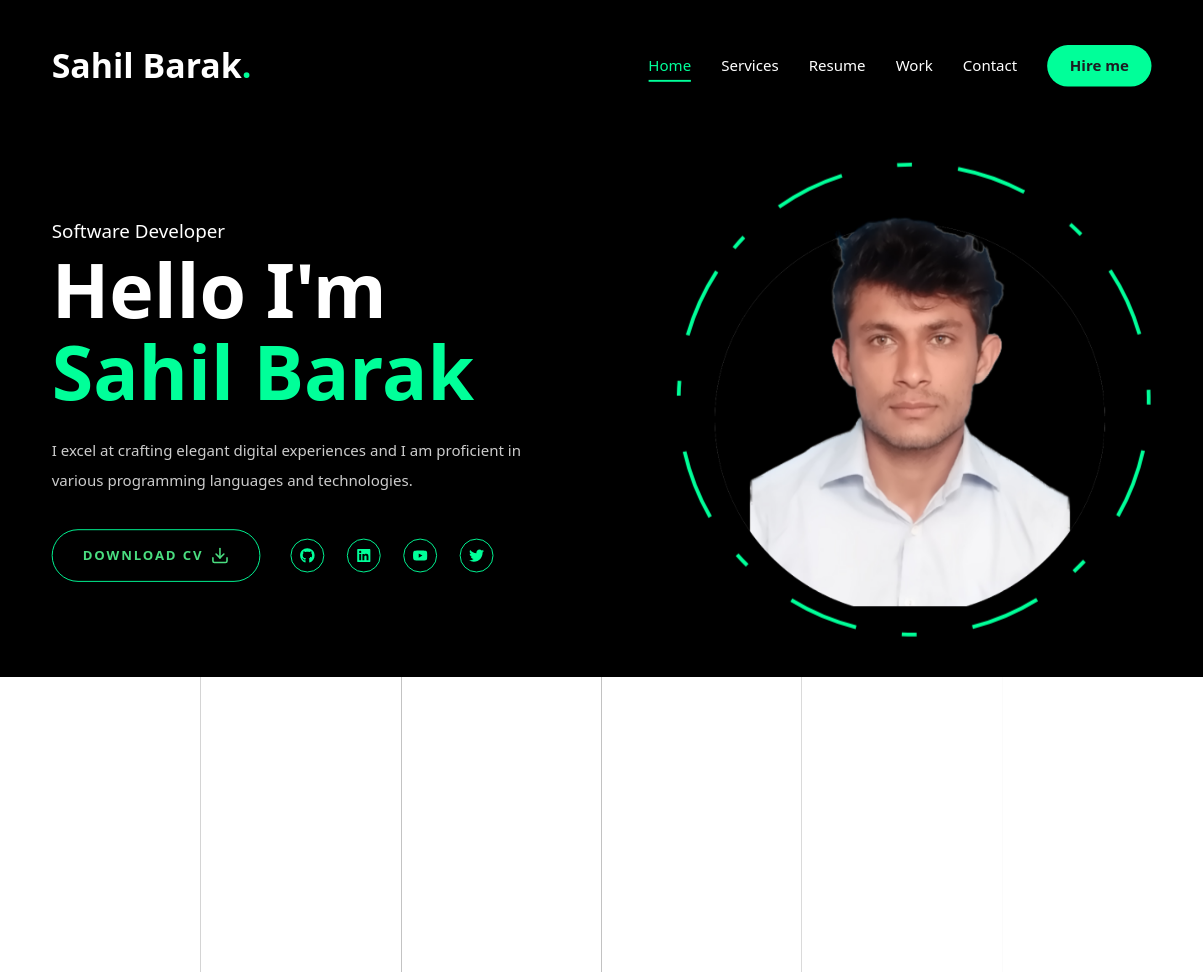
Repository: Moxsahil/My_portfolio
Page: / (app in sahil-portfolio/)
The author's editor kept a copy of each file at every save. The page is drawn from the files as they stood at one save, then again after the next save.
The browser window is 1280 px wide. The pictures show the whole page, at 94% of full size.
The project was rebuilt for these pictures with package versions that can differ from the ones it lists, and the page was loaded fresh each time. The framework's server and built-in components were replaced by stand-ins that run in the browser. Also part of the build but not shown: sahil-portfolio/next.config.mjs.

Above is the page before, as saved 2024-10-03 19:33:44.

After the next save:
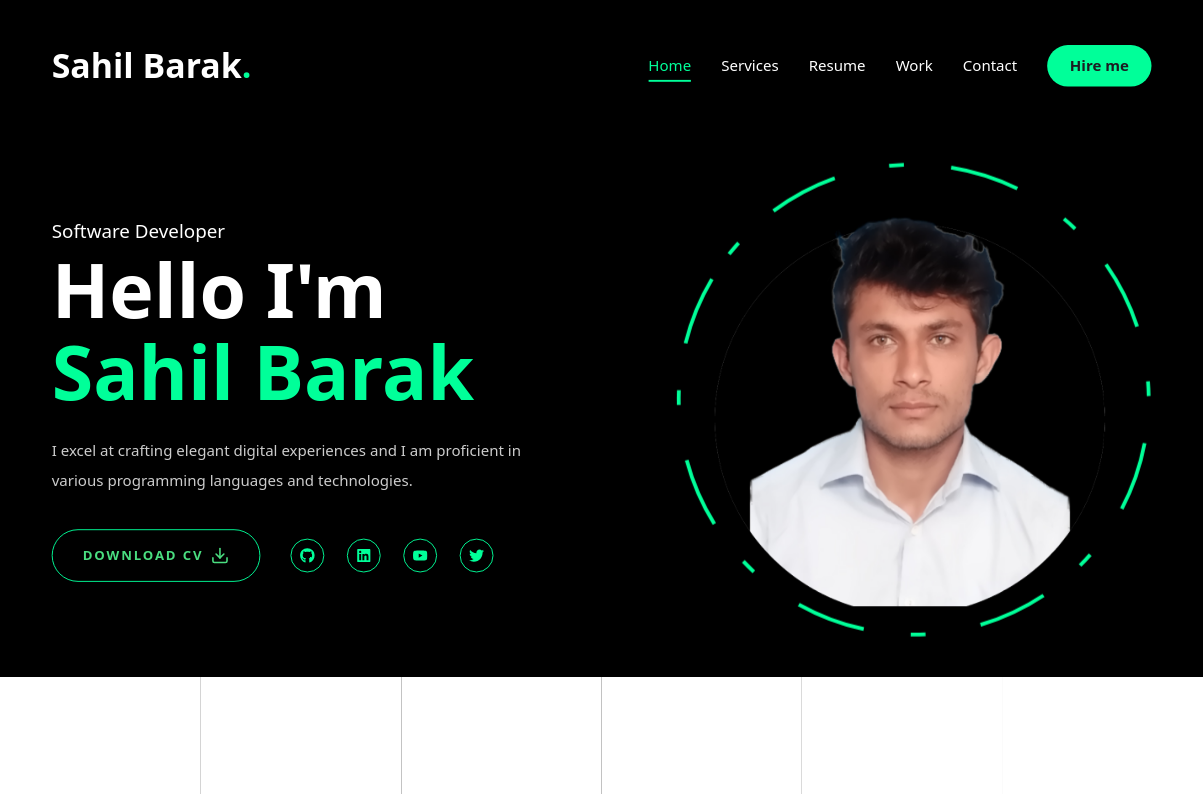
Saved 4 min 8 s later.
--- a/sahil-portfolio/components/Stats.jsx
+++ b/sahil-portfolio/components/Stats.jsx
@@ -25,13 +25,17 @@
   return (
     <section>
         <div className="container mx-auto">
-            <div>
+            <div className="flex flex-wrap gap-6 max-w-[80vw] mx-auto xl:max-w-none">
                 {stats.map((item, index) => {
                     return (
                         <div key={index}>
-                            <CountUp end={item.num} duration={5} delay={2} className="text-4xl xl:text-6xl font-extrabold"
-                            />
-                            </div>
+                            <CountUp
+                            end={item.num}
+                            duration={5}
+                            delay={2}
+                            className="text-4xl xl:text-6xl font-extrabold"
+                             />
+                             </div>
                     );
                 })}
             </div>
